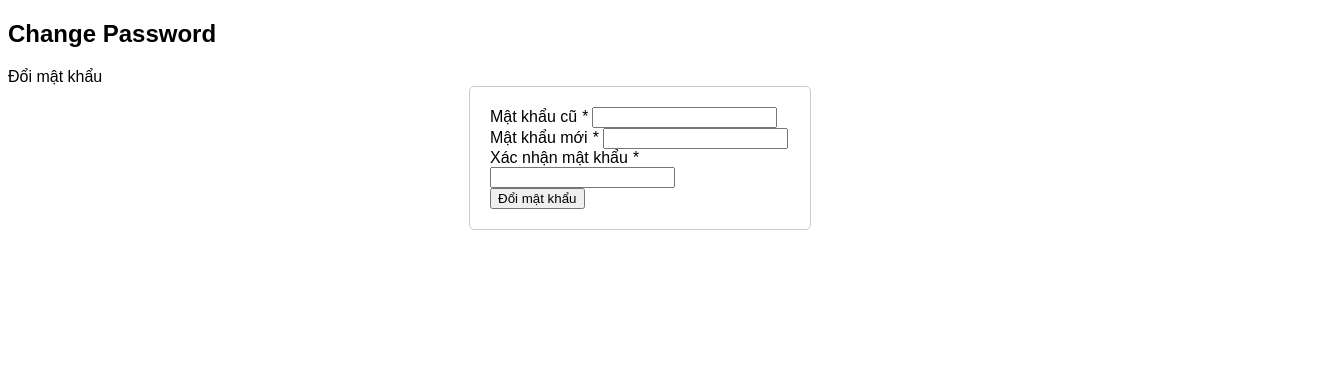
Repository: TuanAnhNguyen723/DanhGiaKIemDinh
Page: http://localhost/phpmailer/changepass.php
An editor plug-in stored every save of this project. The page is shown before and after the next save, followed by the edit.
The browser window is 1280 px wide. The page is 1280 px wide, then 1332 px, so the pictures cover 1332 px, including what lies to the right of the window. The pictures show the whole page.
The page is run by PHP 8.4 with error messages shown; the project is at /var/www/html/.

Above is the page before, as saved 2024-05-24 11:01:17.

### changepass.php
<!DOCTYPE html>
<html lang="en">
<head>
<meta charset="UTF-8">
<meta name="viewport" content="width=device-width, initial-scale=1.0">
<title>Change Password</title>
<style>
    body {
        font-family: Arial, sans-serif;
    }
    form {
        width: 300px;
        margin: auto;
        padding: 20px;
        border: 1px solid #ccc;
        border-radius: 5px;
    }
    input[type="password"],
    input[type="submit"] {
        display: block;
        width: 100%;
        padding: 8px;
        margin-bottom: 10px;
        border: 1px solid #ccc;
        border-radius: 4px;
        box-sizing: border-box;
    }
    input[type="submit"] {
        background-color: #4CAF50;
        color: white;
        cursor: pointer;
    }
    input[type="submit"]:hover {
        background-color: #45a049;
    }
</style>
</head>
<body>

<h2>Change Password</h2>

<main class="main-dashboard">
      <div class="dashboard-title">Đổi mật khẩu</div>
      <main class="page">
        <div class="box-dashboard">
          <form method="post">

            <div class="mb-3">
              <label for="exampleInputPass1" class="form-label"
                >Mật khẩu cũ
                <i class="text-red">*</i>
              </label>
              <input
                type="text"
                name="oldPass"
                class="form-control"
                id="exampleInputPass1"
                required
              />
            </div>

            <div class="mb-3">
              <label for="exampleInputNewPass1" class="form-label"
                >Mật khẩu mới
                <i class="text-red">*</i>
              </label>
              <input
                type="text"
                name="newPass"
                class="form-control"
                id="exampleInputNewPass1"
                required
              />
            </div>

            <div class="mb-3">
              <label for="exampleInputConfirm" class="form-label">
                Xác nhận mật khẩu
                <i class="text-red">*</i>
              </label>
              <input
                type="text"
                name="confirm"
                class="form-control"
                id="exampleInputConfirm"
                required
              />
            </div>

            <button type="submit" class="btn btn-primary">Đổi mật khẩu</button>
          </form>
        </div>
      </main>
    </main>

</body>
</html>

After the next save:
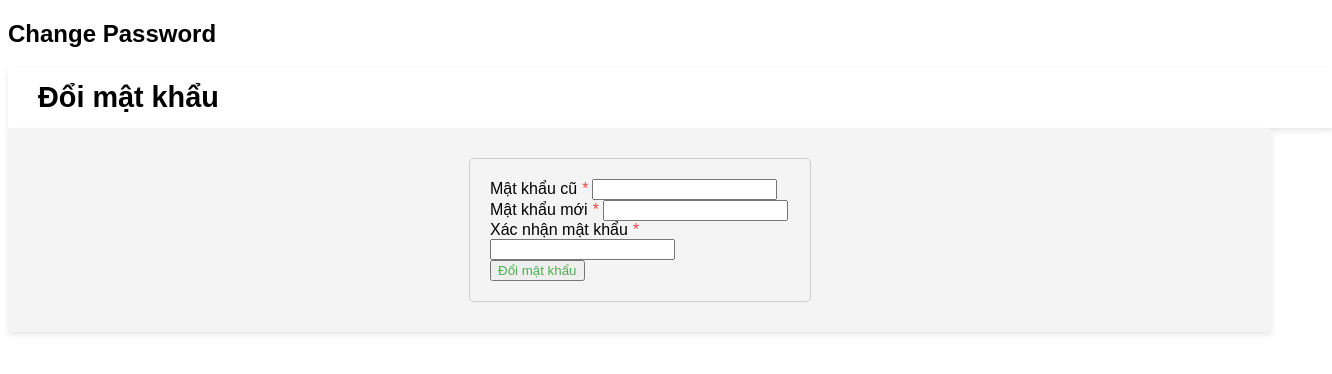
Saved 28 s later.
--- a/changepass.php
+++ b/changepass.php
@@ -8,6 +8,36 @@
     body {
         font-family: Arial, sans-serif;
     }
+
+    .box-dashboard {
+  box-sizing: border-box;
+  padding: 30px;
+  background-color: #f4f4f4;
+  box-shadow: 0px 3px 5px 0px rgba(204, 204, 204, 0.4509803922);
+  border-radius: 5px;
+}
+
+.dashboard-title {
+  width: 100%;
+  padding: 0 30px;
+
+  display: flex;
+  align-items: center;
+  height: 60px;
+  font-size: 1.8em;
+  font-weight: 600;
+  box-shadow: 0px 3px 5px 0px rgba(204, 204, 204, 0.4509803922);
+  background-color: #fff;
+}
+
+.text-red {
+  color: #ef4444;
+}
+
+.btn {
+    color : #4caf50;
+}
+
     form {
         width: 300px;
         margin: auto;
